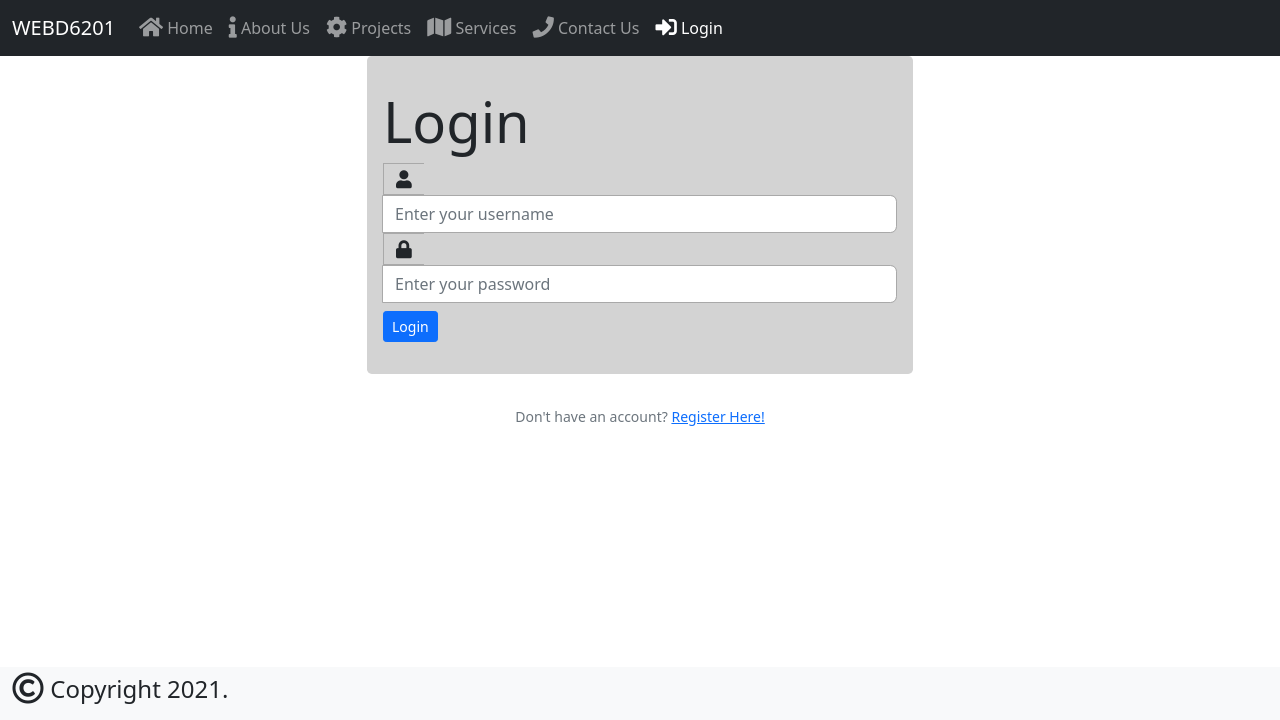
Repository: GarlicButterBoy/WEBD6201-ICE05
Page: login.html
The author's editor kept a copy of each file at every save. The page is drawn from the files as they stood at one save, then again after the next save.
The browser window is 1280 px wide. The pictures show the whole page.

Above is the page before, as saved 2021-02-18 08:14:21.

### login.html
<!DOCTYPE html>
<html lang="en">
<head>
    <meta charset="UTF-8">
    <meta name="viewport" content="width=device-width, initial-scale=1.0">
    <title>Login</title>
    <!-- CSS Section -->
    <link rel="stylesheet" href="./node_modules/bootstrap/dist/css/bootstrap.min.css">
    <link rel="stylesheet" href="./node_modules/@fortawesome/fontawesome-free/css/all.min.css">
    <link rel="stylesheet" href="./Content/app.css">
</head>
<body>
    <!-- Main Header -->
    <header>
        <!-- Main Navigation -->
        <nav class="navbar navbar-expand-lg navbar-dark bg-dark">
            <div class="container-fluid">
              <a class="navbar-brand" href="index.html">WEBD6201</a>
              <button class="navbar-toggler" type="button" data-bs-toggle="collapse" data-bs-target="#navbarSupportedContent" aria-controls="navbarSupportedContent" aria-expanded="false" aria-label="Toggle navigation">
                <span class="navbar-toggler-icon"></span>
              </button>
              <div class="collapse navbar-collapse" id="navbarSupportedContent">
                <ul class="navbar-nav me-auto mb-2 mb-lg-0">
                  <li class="nav-item">
                    <a class="nav-link" aria-current="page" href="index.html"><i class="fas fa-home fa-lg"></i> Home</a>
                  </li>

                  <li class="nav-item">
                    <a class="nav-link" aria-current="page" href="about.html"><i class="fas fa-info fa-lg"></i> About Us</a>
                  </li>

                  <li class="nav-item">
                    <a class="nav-link" aria-current="page" href="projects.html"><i class="fas fa-cog fa-lg"></i> Projects</a>
                  </li>

                  <li class="nav-item">
                    <a class="nav-link" aria-current="page" href="services.html"><i class="fas fa-map fa-lg"></i> Services</a>
                  </li>

                  <li class="nav-item">
                    <a class="nav-link" aria-current="page" href="contact.html"><i class="fas fa-phone fa-lg"></i> Contact Us</a>
                  </li>
                  <li id="login" class="nav-item">
                    <a class="nav-link active" aria-current="page" href="login.html"><i class="fas fa-sign-in-alt fa-lg"></i> Login</a>
                  </li>
                </ul>
              </div>
            </div>
          </nav>
    </header>

    <!-- Main Content -->
    <main class="container" id="mainContent">
      <div class="row">
          <div class="offset-md-3 col-md-6 col-sm-12">
                <div class="login" id="contentArea">
                    <h1 class="display-4">Login</h1>
                    <form id="loginForm" novalidate>

                      <div class="form-group">
                        <div class="input-group">
                          <span class="input-group-addon">
                            <i class="fa fa-user">
                            </i>
                          </span>
                          <input type="text" class="form-control" id="contactName" name="username"  required
                          value="" placeholder="Enter your username">
                        </div>

                      </div>

                      <div class="form-group mb-2">
                        <div class="input-group">
                          <span class="input-group-addon">
                            <i class="fa fa-lock">
                            </i>
                          </span>
                          <input type="password" class="form-control" id="password" name="password"  required
                          value="" placeholder="Enter your password">
                        </div>

                      </div>
                      <div class="text-right">
                        <button id="submitButton" type="submit" class="btn btn-primary btn-sm">Login</button>
                      </div>
                    </form>

                </div>
                <p class="text-center text-muted small">
                  Don't have an account?
                  <a href="register.html">Register Here!</a>
                </p>
          </div>
      </div>
  </main>

    <!-- Main Footer -->
    <footer>
        <nav class="navbar fixed-bottom navbar-light bg-light">
            <div class="container-fluid">
              <h4><i class="far fa-copyright fa-lg"></i> Copyright 2021.</h4>
            </div>
          </nav>
    </footer>

    <!-- Script Section-->
    <script src="./node_modules/jquery/dist/jquery.min.js"></script>
    <script src="./node_modules/bootstrap/dist/js/bootstrap.bundle.min.js"></script>

    <script src="./Scripts/namespace.js"></script>
    <script src="./Scripts/user.js"></script>
    <script src="./Scripts/app.js"></script>

</body>
</html>

### Content/app.css
/* custom css goes here */
.input-group-addon:first-child
{
    border-right: 0;
}

.input-group-addon
{
    padding: 6px 12px;
    font-size: 14px;
    font-weight: 400;
    line-height: 1;
    text-align: center;
    border: 1px solid darkgrey;
    border-radius: 4xpx;
}

.input-group-addon .fa
{
    font-size: 18px;
}

.input-group .form-control
{
    position:relative;
    z-index: 2;
    float:left;
    width: 100%;
    margin-bottom: 0;
}

.input-group .form-control:last-child
{
    border-top-left-radius: 0;
    border-bottom-left-radius: 0;
}



.login
{
    padding: 2rem 1rem;
    margin-bottom: 2rem;
    background-color: lightgrey;
    border-radius: .3rem;
}

.login input
{
    background-color: white;
    border-color: darkgrey;
    border-radius: .4em;
    width: 100%;
}

### Scripts/namespace.js

//namespace core
let core;

### Scripts/user.js
"use strict";
// User Class

((core)=>
{
  class User
  {
    // getters and setters
    get DisplayName()
    {
      return this.m_displayName;
    }

    set DisplayName(value)
    {
      this.m_displayName = value;
    }

    get EmailAddress()
    {
      return this.m_emailAddress;
    }

    set EmailAddress(value)
    {
      this.m_emailAddress = value;
    }

    get Username()
    {
      return this.m_username;
    }

    set Username(value)
    {
      this.m_username = value;
    }

    get Password()
    {
      return this.m_password;
    }

    set Password(value)
    {
      this.m_password = value;
    }

    // constructor

    /**
     * Creates an instance of User.
     * @param {string} [displayName=""]
     * @param {string} [emailAddress=""]
     * @param {string} [username=""]
     * @param {string} [password=""]
     */
    constructor(displayName = "", emailAddress = "", username = "", password="")
    {
      this.DisplayName = displayName;
      this.EmailAddress = emailAddress;
      this.Username = username;
      this.Password = password;
    }

    // methods

    /**
     * This method overrides the built-in toString method for the User class
     *
     * @returns {string}
     */
    toString()
    {
      return `Display Name     : ${this.DisplayName} \nEmail Address : ${this.EmailAddress} \nUsername : ${this.Username}`;
    }

    /**
     * This method returns a JSON object made up of the properties of the User class
     *
     * @returns {Object}
     */
    toJSON()
    {
      return {
        "DisplayName": this.DisplayName,
        "EmailAddress": this.EmailAddress,
        "Username": this.Username
      }
    }

    /**
     * This method takes a JSON data object and assigns the values to the User class properties
     *
     * @param {Object} data
     */
    fromJSON(data)
    {
      this.DisplayName = data.DisplayName;
      this.EmailAddress = data.EmailAddress;
      this.Username = data.Username;
      this.Password = data.Password;
    }

    /**
     * This method converts the User into a comma-separated value string
     *
     * @returns {string}
     */
    serialize()
    {
      if(this.DisplayName !== "" && this.EmailAddress !== "" && this.Username !== "")
      {
        return `${this.DisplayName},${this.EmailAddress},${this.Username}`;
      }
      else
      {
        console.error("One or more properties of the User is empty");
        return null;
      }
    }

    /**
     * This method takes a comma-separated data string and assigns the values to the User class properties
     *
     * @param {string} data
     * @return {void}
     */
    deserialize(data)
    {
      let propertyArray = data.split(",");
      this.DisplayName = propertyArray[0];
      this.EmailAddress = propertyArray[1];
      this.Username = propertyArray[2];
    }
  }

  core.User = User;

})(core || (core={}));

### Scripts/app.js
/* custom JavaScript goes here */

//IIFE - Immediately Invoked Function Expression
//AKA - Anonymous Self-Executing Function
//Closure - limits scope leak

"use strict";
/* Example of a class being created with brand new functions
let myContact =
{
  "firstName":"Nick SF",
  "contactNumber":"905-123-4567",
  "emailAddress":"email@test.com",
  "saysHello":function() { console.log(`${fullName} says Hello!`); },
  "someOtherObject":{  "friendsList":["Tony", "Stephen", "Peter"]  }

};*/

((core) =>
{
    function displayHome()
    {
/*
      $("button").on("mouseover", function(){
        console.log("JQuery Click");
      });

      let myButton = document.querySelectorAll("button")[1];
      myButton.addEventListener("click", () => {
        console.log("Button Clicked!");
      });
*/
      //console.log(myButton);

        let paragraphOneText =
          "This is a simple site to demonstrate DOM Manipulation for ICE 1";

        let paragraphOneElement = document.getElementById("paragraphOne");

        paragraphOneElement.textContent = paragraphOneText;
        paragraphOneElement.className = "fs-5";

        // Step 1. document.createElement
        let newParagraph = document.createElement("p");
        // Step 2. configure the element
        newParagraph.setAttribute("id", "paragraphTwo");
        newParagraph.textContent = "...And this is paragraph two";
        // Step 3. select the parent element
        let mainContent = document.getElementsByTagName("main")[0];
        // Step 4. Add / Insert the element
        mainContent.appendChild(newParagraph);

        newParagraph.className = "fs-6";

        // another way of injecting content
        let paragraphDiv = document.createElement("div");
        let paragraphThree = `<p id="paragraphThree" class="fs-7 fw-bold">And this is the Third Paragraph</p>`;
        paragraphDiv.innerHTML = paragraphThree;

        // insertions

        // example of inserting before a node
        //newParagraph.before(paragraphDiv);

        // example of inserting after a node
        newParagraph.after(paragraphDiv);

        // deletions

        // example of removing a single element
        //paragraphOneElement.remove();

        // example of removeChild
        mainContent.removeChild(paragraphOneElement);

        // update / modification
        //mainContent.firstElementChild.textContent = "Welcome Home!";

        mainContent.innerHTML = `<h1 id="firstHeading">Welcome to WEBD6201 - Lab 1</h1>
         <p id="paragraphOne" class="fs-3 fw-bold">This is my first Paragraph</p>
        `;

    }

    function displayAbout()
    {

    }

    function displayProjects()
    {

    }

    function displayServices()
    {

    }

    function displayContact()
    {
        TestFullName();
        TestContactNumber();
        TestEmailAddress();

        //let fullName = document.getElementById("fullName");
        //fullName.addEventListener("blur", function() {});

        $("#sendButton").on("click", (event)=>
        {
          if ($("#subscribeCheckbox")[0].checked)
          {
            let contact = new core.Contact(fullName.value, contactNumber.value, emailAddress.value);
            if(contact.serialize()) //checking if the serialized object exists
            {
              let key = contact.FullName.substring(0, 1) + Date.now();

              localStorage.setItem(key, contact.serialize());
            }
          }
        });


    }
    function displayContactList()
    {
      /*
      //Step 1: Create an XHR Object
      let XHR = new XMLHttpRequest();

      //Step 2: Open the connection to file/url
      XHR.open("GET", "./Data/contacts.json");

      //Step 3: Send request to the server
      XHR.send();

      //Step 4: Listen for a response
      XHR.addEventListener("readystatechange", function()
      {
        let contactData = "";
        //Step 5: Ensure the server is ready and there are no errors
        if (XHR.readyState === 4 && XHR.status === 200)
        {
          let contacts = JSON.parse(XHR.responseText).contacts;


          let contactIndex = 0;

          //Step 6: Do something with the data
          for (const contact of contacts)
          {

            let newContact = new core.Contact();
            newContact.fromJSON(contact);

            contactData += `<tr>
                    <th scope="row">${contactIndex}</th>
                    <td>${newContact.FullName}</td>
                    <td>${newContact.ContactNumber}</td>
                    <td>${newContact.EmailAddress}</td>
                    <td class="text-center"><button class="btn btn-primary btn-sm edit" value="${contactIndex}"><i class="fas fa-sm fa-edit"></i> Edit</button></td>
                    <td class="text-center"><button class="btn btn-warning btn-sm delete" value="${contactIndex}"><i class="fas fa-sm fa-trash-alt"></i> Delete</button></td>
                    </tr>`;
            contactIndex++;
          }
          //console.log(JSON.parse(XHR.responseText));


        }

      });
      */
      //console.log("outside the event listener" + XHR.responseText);

      if(localStorage.length > 0)
      {
        let contactList = document.getElementById("contactList");

        let data = "";
        let keys = Object.keys(localStorage);

        let index = 1;

        for (const key of keys)
        {
          console.log(key);
          let contactData = localStorage.getItem((key).toString());

          console.log(contactData);

          let contact = new core.Contact();
          contact.deserialize(contactData);

          data += `<tr>
                  <th scope="row">${index}</th>
                  <td>${contact.FullName}</td>
                  <td>${contact.ContactNumber}</td>
                  <td>${contact.EmailAddress}</td>
                  <td class="text-center"><button class="btn btn-primary btn-sm edit" value="${key}"><i class="fas fa-sm fa-edit"></i> Edit</button></td>
                  <td class="text-center"><button class="btn btn-warning btn-sm delete" value="${key}"><i class="fas fa-sm fa-trash-alt"></i> Delete</button></td>
                  </tr>`;
          index++;
        }

        contactList.innerHTML = data;
        //TODO: Create an Edit page
        $("button.edit").on("click", function()
        {
          location.href = "edit.html#" + $(this).val();
        });


        $("button.delete").on("click", function()
        {
          if(confirm("Are you sure?"))
          {
            localStorage.removeItem($(this).val());
          }
          location.href = "contact-list.html";
        });

        $("#addButton").on("click", function()
        {
          location.href = "edit.html";
        })
      }


    }
    function displayEdit()
    {

      let key = location.hash.substring(1);

      let contact = new core.Contact();

      //Simple check to ensure the key is not empty
      if(key != "")
      {
        //get contact info from localStorage
        contact.deserialize(localStorage.getItem(key));
        //Display contact info
        $("#fullName").val(contact.FullName);
        $("#contactNumber").val(contact.ContactNumber);
        $("#emailAddress").val(contact.EmailAddress);
      }
      else
      {
        //modify the page so its an add, not an edit
        $("main>h1").text("Add Contact");
        $("#editButton").html(`<i class="fas fa-plus-square fa-lg"></i> Add`)

      }

      TestFullName();
      TestContactNumber();
      TestEmailAddress();

      //Edit Button
      $("#editButton").one("click", function()
      {

        if (document.forms[0].checkValidity())
        {
          //If key is empty, make new one
        if (key == "")
        {
          key = contact.FullName.substring(0, 1) + Date.now();
        }

        //Update the contact info using the newly typed data
        contact.FullName = $("#fullName").val();
        contact.ContactNumber = $("#contactNumber").val();
        contact.EmailAddress = $("#emailAddress").val();

        //Update localStorage
        localStorage.setItem(key, contact.serialize());
         //Navigate back to the contact-list.html
         location.href = "contact-list.html";
        }

      });
      //Cancel Button
      $("#cancelButton").on("click", function()
      {
        //return to contact-list.html
        location.href = "contact-list.html";
      });

    }

    function TestContactNumber()
    {
      let messageArea = $("#messageArea");
      let contactNumberPattern = /^(\+\d{1,2}\s)?\(?\d{3}\)?[\s.-]\d{3}[\s.-]\d{4}$/;
      // form validation
      $("#contactNumber").on("blur", function()
      {


        if(!contactNumberPattern.test($(this).val()))
          {
              //JQuery example of the lines below
             $(this).trigger("focus").trigger("select");
             messageArea.show().addClass("alert alert-danger").text("Please enter a valid phone number.");
          }
          else
          {
             //JQuery example of the line below
              messageArea.removeAttr("class").hide();
             //messageArea.hidden = true;
             //messageArea.removeAttribute("class");
          }
      });
    }

    function TestEmailAddress()
    {
      let messageArea = $("#messageArea");
      let emailAddressPattern = /^([a-zA-Z0-9._%-]+@[a-zA-Z0-9.-]+\.[a-zA-Z]{2,6})*$/;
      // form validation
      $("#emailAddress").on("blur", function()
      {


        if(!emailAddressPattern.test($(this).val()))
          {
              //JQuery example of the lines below
             $(this).trigger("focus").trigger("select");
             messageArea.show().addClass("alert alert-danger").text("Please enter a valid email address.");
          }
          else
          {
             //JQuery example of the line below
              messageArea.removeAttr("class").hide();
             //messageArea.hidden = true;
             //messageArea.removeAttribute("class");
          }
      });
    }

    function TestFullName()
    {
      //This is the same as below
      let messageArea = $("#messageArea").hide();
      let fullNamePattern = /([A-Z][a-z]{1,25})+(\s|,|-)([A-Z][a-z]{1,25})+(\s|,|-)*/;
      // form validation
      $("#fullName").on("blur", function()
      {


        if(!fullNamePattern.test($(this).val()))
          {
              //JQuery example of the lines below
             $(this).trigger("focus").trigger("select");
             messageArea.show().addClass("alert alert-danger").text("Please enter a valid Full Name. Must have a first and last name, starting with capital letters.");
          }
          else
          {
             //JQuery example of the line below
              messageArea.removeAttr("class").hide();
             //messageArea.hidden = true;
             //messageArea.removeAttribute("class");
          }
      });
  }

  function displayLogin()
  {

  }

  function displayRegister()
  {

  }

    function Start()
    {
        console.log("App Started...");




        switch (document.title)
        {
          case "Home":
              displayHome();
            break;
          case "About":
              displayAbout();
            break;
          case "Projects":
              displayProjects();
            break;
          case "Services":
              displayServices();
            break;
          case "Contact":
              displayContact();
            break;
          case "Contact-List":
              displayContactList();
              break;
          case "Edit":
              displayEdit();
            break;
          case "Login":
              displayLogin();
            break;
          case "Register":
              displayRegister();
            break;
        }

    }

    window.addEventListener("load", Start);

    core.Start = Start;


})  (core || (core={}));

Loaded but not shown: node_modules/bootstrap/dist/css/bootstrap.min.css (library); node_modules/@fortawesome/fontawesome-free/css/all.min.css (library); node_modules/jquery/dist/jquery.min.js (library); node_modules/bootstrap/dist/js/bootstrap.bundle.min.js (library)

After the next save:
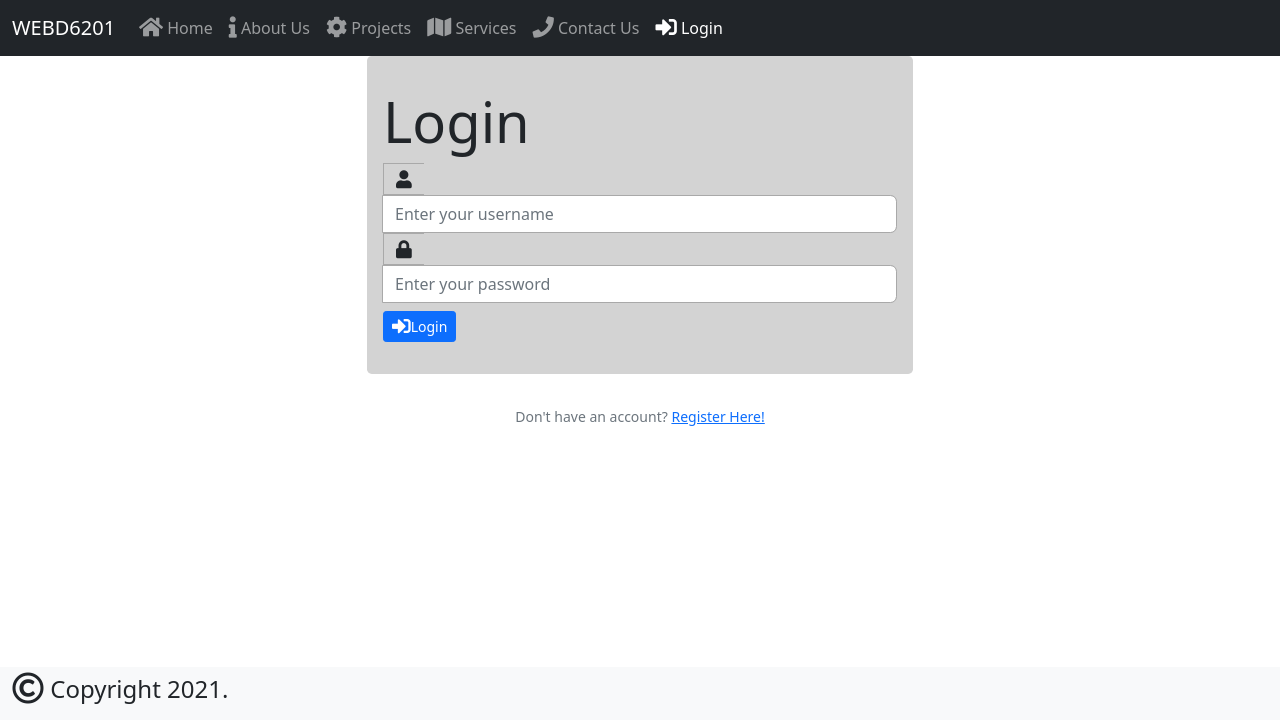
Saved 37 s later.
--- a/login.html
+++ b/login.html
@@ -81,7 +81,7 @@
 
                       </div>
                       <div class="text-right">
-                        <button id="submitButton" type="submit" class="btn btn-primary btn-sm">Login</button>
+                        <button id="submitButton" type="submit" class="btn btn-primary btn-sm"><i class="fas fa-sign-in-alt fa-lg"></i>Login</button>
                       </div>
                     </form>
 
